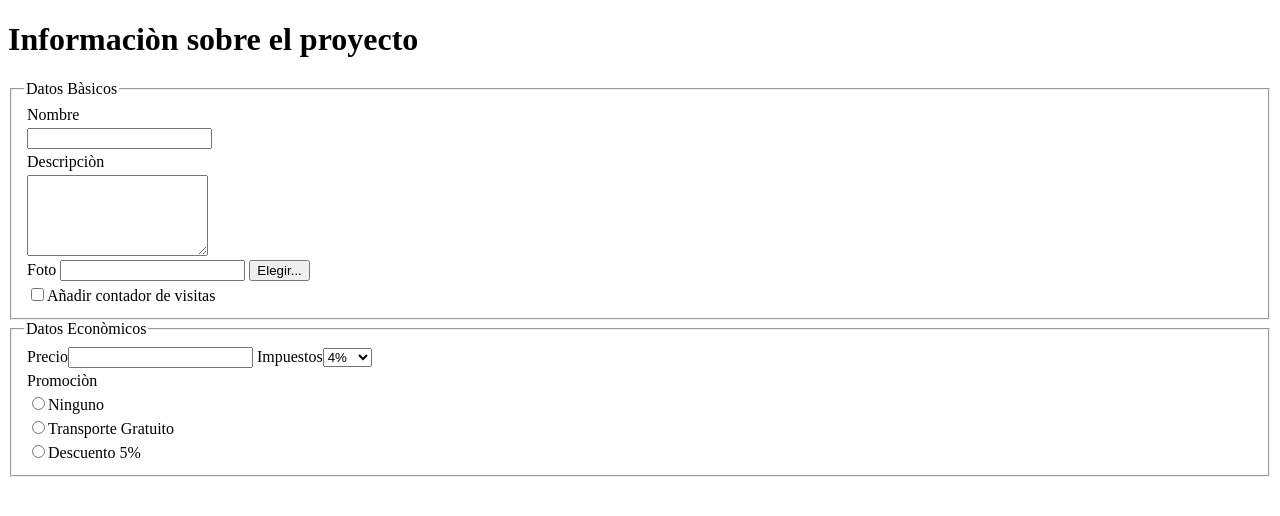
Repository: hoscanoa/Clases-LPII
Page: LPIISemana01/LPII-Semana01/WebContent/inicio.html
An editor plug-in stored every save of this project. The page is shown before and after the next save, followed by the edit.
The browser window is 1280 px wide. The pictures show the whole page.

Above is the page before, as saved 2014-09-18 22:24:01.

### LPIISemana01/LPII-Semana01/WebContent/inicio.html
<!DOCTYPE html PUBLIC "-//W3C//DTD HTML 4.01 Transitional//EN" "http://www.w3.org/TR/html4/loose.dtd">
<html>
<head>
<meta http-equiv="Content-Type" content="text/html; charset=ISO-8859-1">
<title>Insert title here</title>
</head>
<body>
	<h1>Informaciòn sobre el proyecto</h1>
	<form action="">
		<fieldset>
			<legend>Datos Bàsicos</legend>
			<table>
				<tr>
					<td>Nombre</td>
				</tr>
				<tr>
					<td colspan="2"><input type="text" name="nombre">
					</td>
				</tr>
				<tr>
					<td>Descripciòn</td>
				</tr>
				<tr>
					<td colspan="2"><textarea rows="5"></textarea></td>
				</tr>

				<tr>
					<td>Foto <input type="text" name="descripcion"> <input
						type="button" value="Elegir...">
					</td>
				</tr>
				<tr>
					<td><input type="checkbox">Añadir contador de visitas
					</td>
				</tr>
			</table>
		</fieldset>
		<fieldset>
			<legend>Datos Econòmicos</legend>
			<table>
				<tr>
					<td>Precio<input type="text">
					</td>
					<td>Impuestos<select>
							<option>4%</option>
							<option>7%</option>
							<option>16%</option>
							<option>25%</option>
					</select>
					</td>
				</tr>
				<tr>
					<td>Promociòn</td>
				</tr>
				<tr>
					<td><input type="radio">Ninguno</td>
				</tr>
				<tr>
					<td><input type="radio">Transporte Gratuito</td>
				</tr>
				<tr>
					<td><input type="radio">Descuento 5%</td>
				</tr>
			</table>
		</fieldset>
	</form>

</body>
</html>

### LPIISemana01/LPII-Semana01/WebContent/style/estilo.css
@CHARSET "ISO-8859-1";

body {
	color: #666;
	font-family: Arial, Verdana, Helvetica;
}

h1 {
	color: #55555;
}

.etiqueta {
	color: blue;
}

After the next save:
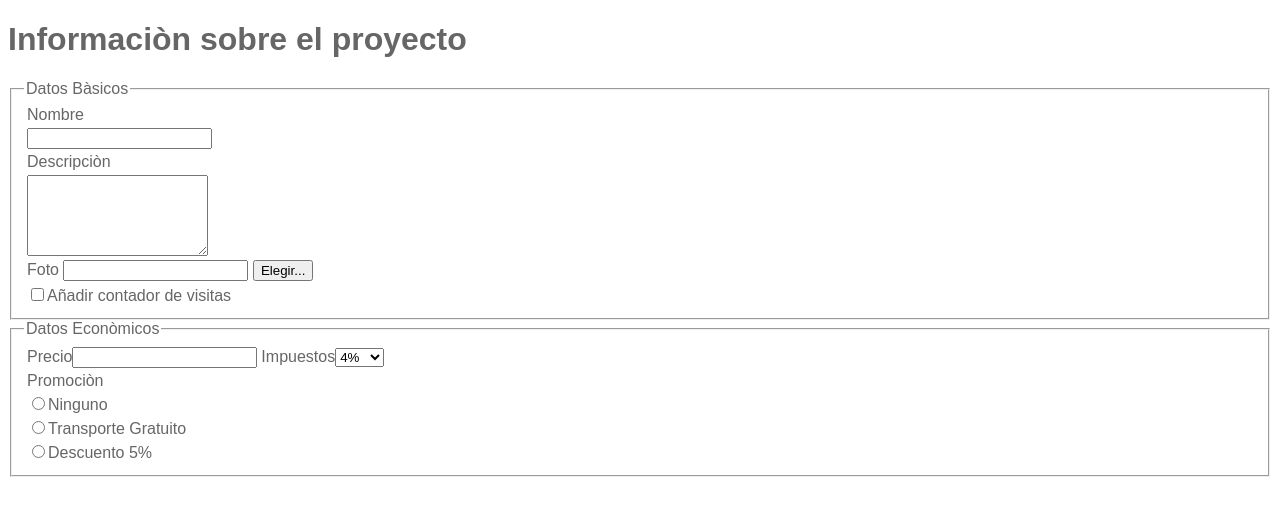
Saved 3 min 14 s later.
--- a/LPIISemana01/LPII-Semana01/WebContent/inicio.html
+++ b/LPIISemana01/LPII-Semana01/WebContent/inicio.html
@@ -2,6 +2,9 @@
 <html>
 <head>
 <meta http-equiv="Content-Type" content="text/html; charset=ISO-8859-1">
+<link rel="stylesheet" type="text/css" href="style/estilo.css">
+
+
 <title>Insert title here</title>
 </head>
 <body>
@@ -14,20 +17,19 @@
 					<td>Nombre</td>
 				</tr>
 				<tr>
-					<td colspan="2"><input type="text" name="nombre">
-					</td>
+					<td colspan="2"><input type="text" name="nombre"></td>
 				</tr>
 				<tr>
 					<td>Descripciòn</td>
 				</tr>
 				<tr>
-					<td colspan="2"><textarea rows="5"></textarea></td>
+					<td colspan="2"><textarea rows="5"></textarea>
+					</td>
 				</tr>
 
 				<tr>
 					<td>Foto <input type="text" name="descripcion"> <input
-						type="button" value="Elegir...">
-					</td>
+						type="button" value="Elegir..."></td>
 				</tr>
 				<tr>
 					<td><input type="checkbox">Añadir contador de visitas
@@ -39,15 +41,13 @@
 			<legend>Datos Econòmicos</legend>
 			<table>
 				<tr>
-					<td>Precio<input type="text">
-					</td>
+					<td>Precio<input type="text"></td>
 					<td>Impuestos<select>
 							<option>4%</option>
 							<option>7%</option>
 							<option>16%</option>
 							<option>25%</option>
-					</select>
-					</td>
+					</select></td>
 				</tr>
 				<tr>
 					<td>Promociòn</td>
